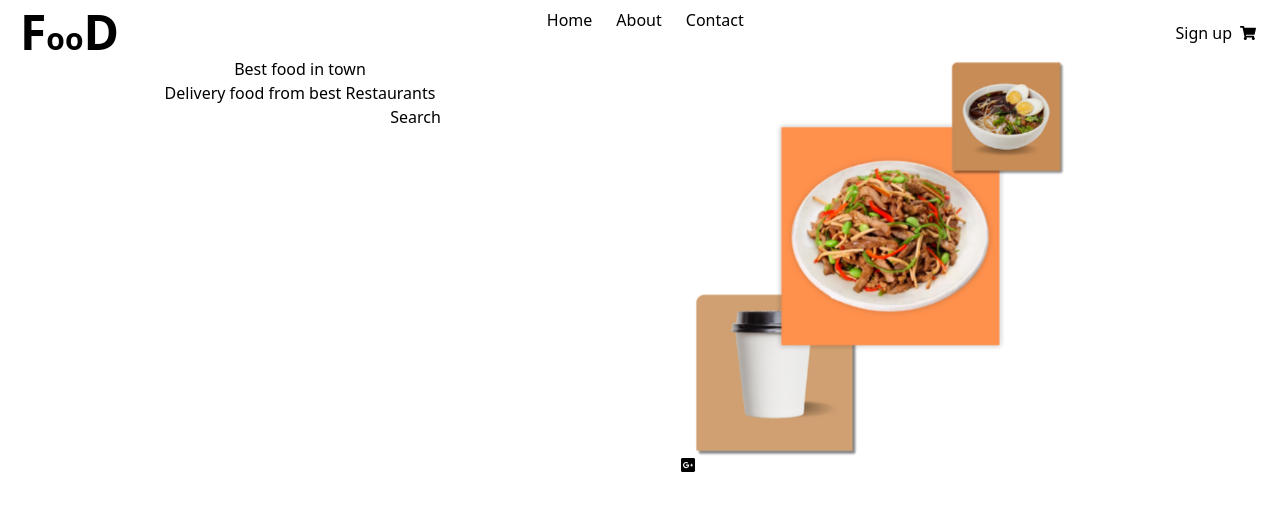
Repository: KhushiCode14/FoodWeb
Page: /
These files come from the project's save history. The page is drawn as it stood at one moment and after the next save; the edit follows.
The browser window is 1280 px wide. The pictures show the whole page.
The project was rebuilt for these pictures with package versions that can differ from the ones it lists, and the page was loaded fresh each time. Also part of the build but not shown: src/components/Home/SignUp.tsx, src/components/Home/SignIn.tsx.

Above is the page before, as saved 2024-09-19 19:12:34.

### src/App.tsx
import { Route, BrowserRouter as Router, Routes ,  } from 'react-router-dom';
import './App.css';
import Navbar from './Pages/Navbar';
import Home from './Pages/Home';
import SignUp from './components/Home/SignUp';
import SignIn from './components/Home/SignIn';

function App() {
  return (
    <div className="App">
      <Router>
        <Navbar/>
      <Routes>
        <Route  path="/" element={<Home/>} />
        <Route  path="/signUp" element={<SignUp/>} />
        <Route  path="/signIn" element={<SignIn/>} />
        {/* <Route  path="/about" element={About} />
        <Route  path="/contact" element={Contact} /> */}
        </Routes>
      </Router>

    </div>
  );
}

export default App;

### src/Pages/Navbar.tsx
import { NavLink } from "react-router-dom"
import { Link } from "react-router-dom"
import { FaShoppingCart } from "react-icons/fa";
import { FaCartPlus } from "react-icons/fa";
import { useState } from "react";
interface nav {
  to: string,
  linkName: string

}
const Navbar: React.FC = () => {
  const [sign, setSign] = useState<string>('Sign up');
  const [cart, setCart] = useState<JSX.Element>(<FaShoppingCart />);
  const navLink: nav[] = [
    { to: "/", linkName: "Home" },
    { to: "/about", linkName: "About" },
    { to: "/contact", linkName: "Contact" },
    // Add more links as needed
  ]
  const handleSign = () => {
    setSign(sign === 'Sign up'? 'Sign in' : 'Sign up');
  }
  const handleCart = () => {
    setCart(prevCart =>
      prevCart.type === FaShoppingCart ? <FaCartPlus /> : <FaShoppingCart />
    );
  };

  return (
    <div className="mx-5  mt-2 flex justify-between">
      <div className="font-bold text-3xl"><h1><span className=" text-5xl">F</span>oo<span className=" text-5xl">D</span></h1></div>
      <div>
        {
          navLink.map((link, index) => (
            <Link key={index} to={link.to} className="mx-3 hover:text-gray-800">
              {link.linkName}
            </Link>
          ))
        }
      </div>
      <div className="flex justify-center items-center">
        <button><NavLink to="/signUp" onClick={handleSign} className="m-1">{sign}</NavLink></button>

        <div onClick={handleCart}className="m-1" >
          {cart}
        </div>



      </div>
    </div>
  )
}

export default Navbar

### src/Pages/Home.tsx

import { FaGooglePlusSquare } from "react-icons/fa"
import food from "../components/images/food.png"
const Home: React.FC = () => {
  return (
    <div className=" flex  gap-20 ">
      <div className="w-1/2">
        <h3>Best food in town</h3>
        <h1>Delivery food from best Restaurants</h1>
        <div>
          <input type="text"></input>
          <button>Search</button>
        </div>
      </div>
      <div className="w-1/2 items-center justify-center" >
        <img src={food} alt="logo" width={400} />
        <FaGooglePlusSquare/>
      </div>
    </div>
  )
}

export default Home

Loaded but not shown: public/index.html (common file); src/index.tsx (common file); src/index.css (common file); src/reportWebVitals.ts (common file); src/App.css (common file); tailwind.config.js (common file)

After the next save:
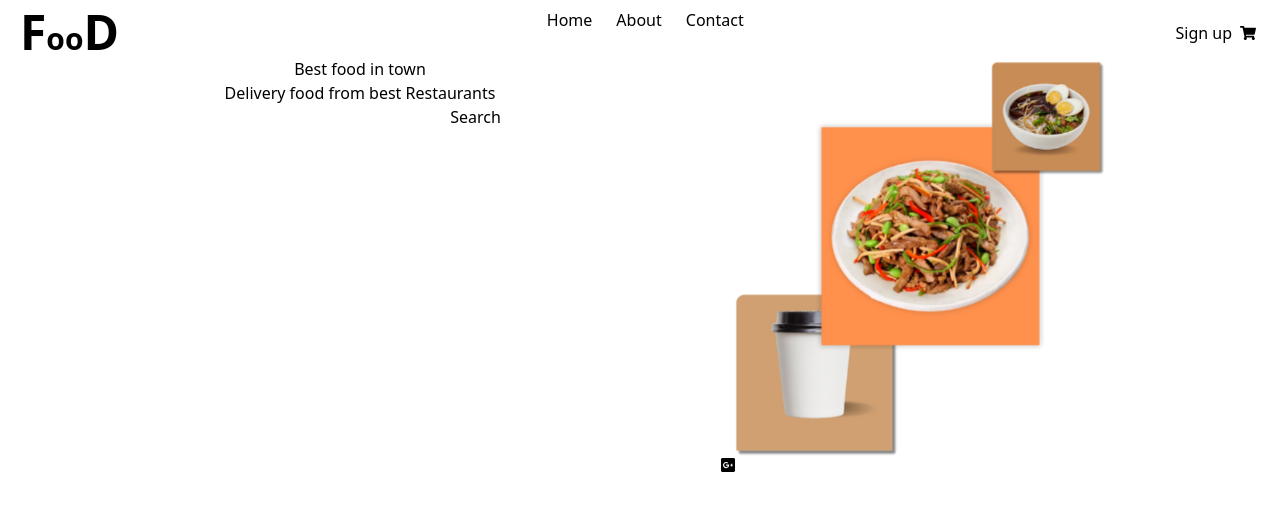
Saved 11 s later.
--- a/src/Pages/Home.tsx
+++ b/src/Pages/Home.tsx
@@ -3,7 +3,9 @@ import { FaGooglePlusSquare } from "react-icons/fa"
 import food from "../components/images/food.png"
 const Home: React.FC = () => {
   return (
+
     <div className=" flex  gap-20 ">
+      <image src=""></image>
       <div className="w-1/2">
         <h3>Best food in town</h3>
         <h1>Delivery food from best Restaurants</h1>
